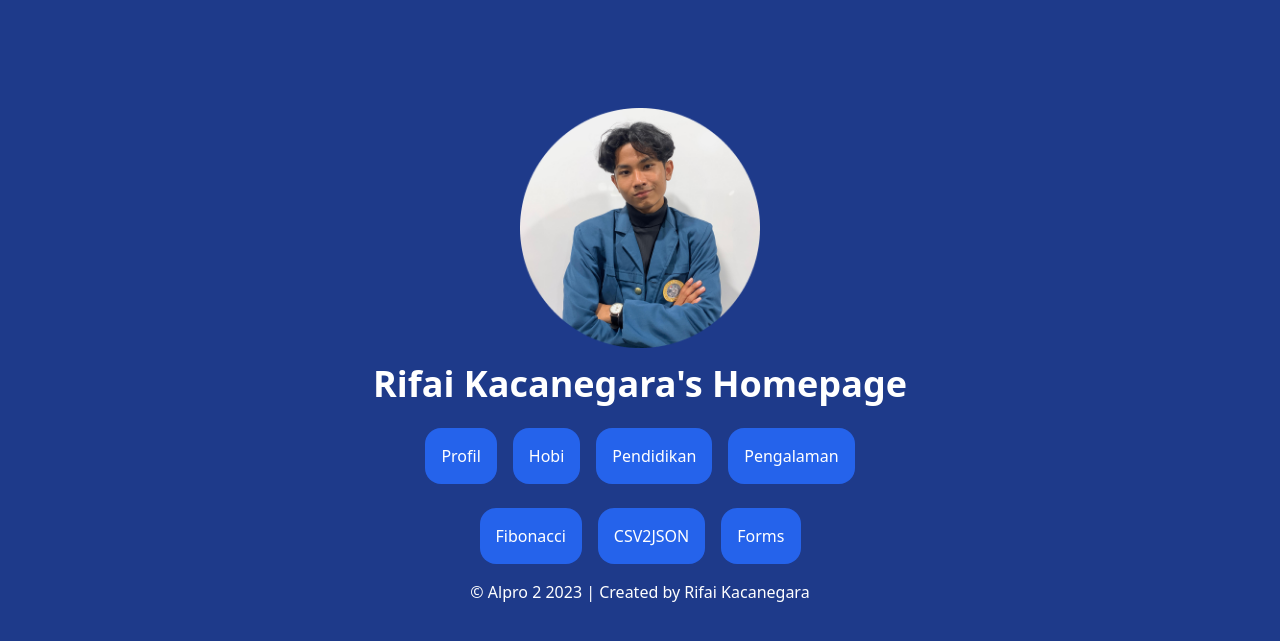
Repository: RifaiKN/flask-week10
Page: http://localhost/
An editor plug-in stored every save of this project. The page is shown before and after the next save, followed by the edit.
The browser window is 1280 px wide. The pictures show the whole page.
The page is served by the project's application, run on Flask 3 (app.py).

Above is the page before, as saved 2023-11-17 22:15:43.

After the next save:
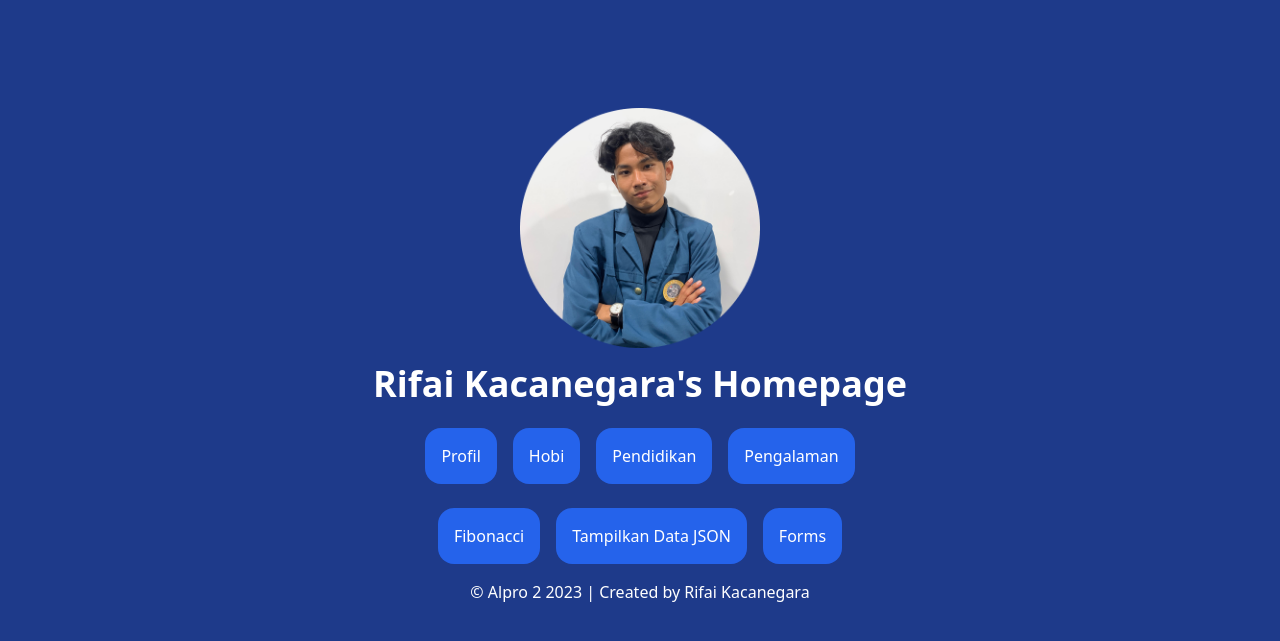
Saved 29 s later.
--- a/templates/home.html
+++ b/templates/home.html
@@ -23,7 +23,7 @@
     </div>
     <div class="flex mt-2">
         <a href="/fibonacci" class="m-2 p-4 bg-blue-600 hover:bg-blue-700 rounded-2xl">Fibonacci</a>
-        <a href="/getjson" class="m-2 p-4 bg-blue-600 hover:bg-blue-700 rounded-2xl">CSV2JSON</a>
+        <a href="/getjson" class="m-2 p-4 bg-blue-600 hover:bg-blue-700 rounded-2xl">Tampilkan Data JSON</a>
         <a href="/forms" class="m-2 p-4 bg-blue-600 hover:bg-blue-700 rounded-2xl">Forms</a>
     </div>
 </body>
